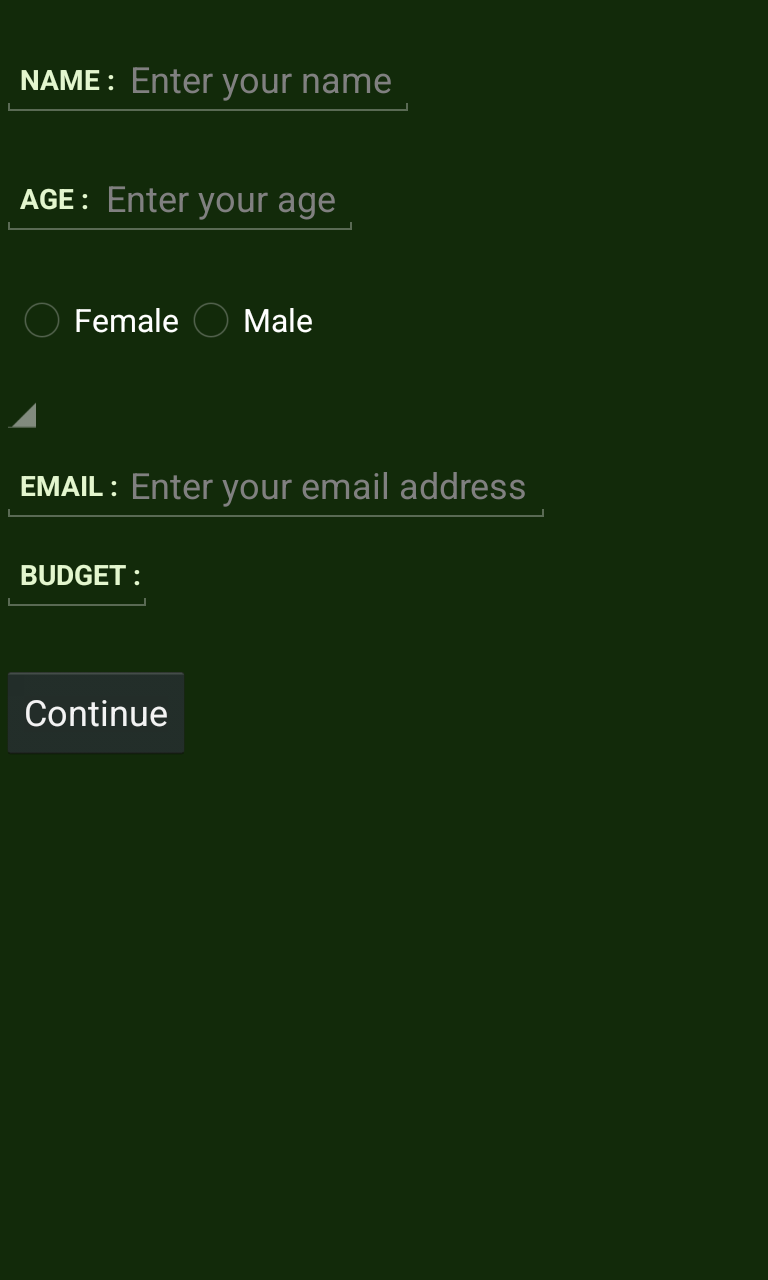
Repository: Adammdit/DT2283GUI
Layout: GunSmoke/res/layout/activity_details_form.xml
An editor plug-in stored every save of this project. The layout is shown before and after the next save, followed by the edit.
It is drawn on a 768 x 1280 px phone screen (xhdpi) without system bars, with theme android:Theme.Holo; the app's code is not run.

Above is the layout before, as saved 2014-11-08 19:11:44.

After the next save:
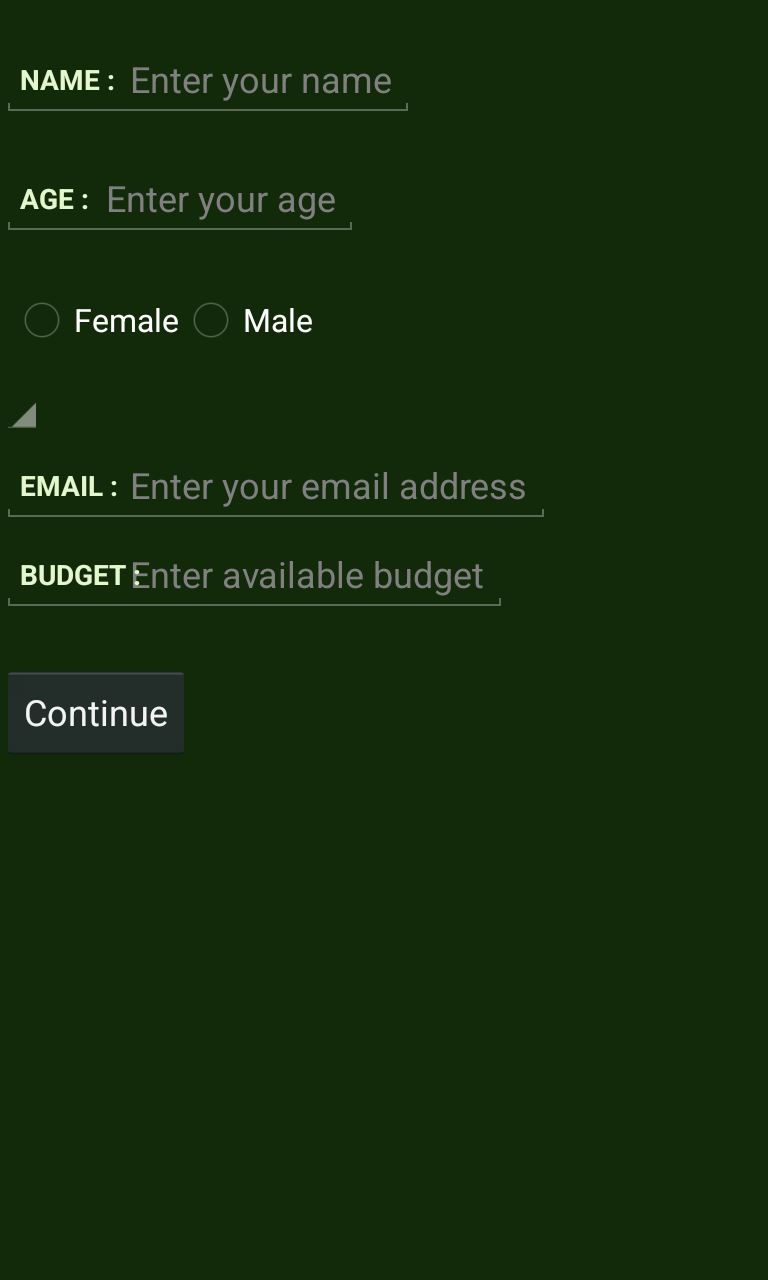
Saved 21 s later.
--- a/GunSmoke/res/layout/activity_details_form.xml
+++ b/GunSmoke/res/layout/activity_details_form.xml
@@ -113,7 +113,8 @@
 				    android:layout_width="wrap_content"
 				    android:layout_height="wrap_content"
 				    android:paddingLeft="65dp"
-				    android:inputType="numberDecimal" />
+				    android:inputType="numberDecimal"
+				    android:hint="Enter available budget" />
 				<TextView
 			        android:layout_width="wrap_content"
 			        android:layout_height="wrap_content"
@@ -121,8 +122,7 @@
 		    		android:textStyle="bold"
 		    		android:textColor="#E3F6CE"
 			        android:paddingLeft="10dp"
-			        android:text="@string/budgetLabel"
-			        android:hint="Enter available budget" />
+			        android:text="@string/budgetLabel" />
 			</FrameLayout>
 
 			<Button
